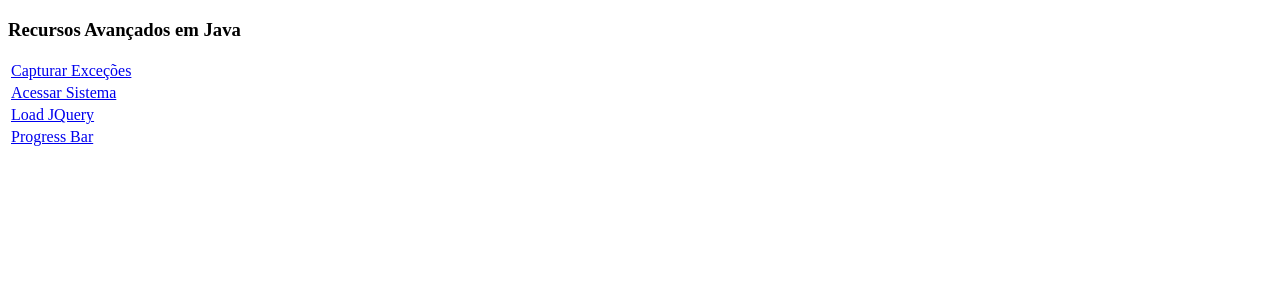
Repository: VictorGOrellana/RecursosJava
Page: http://localhost/curso.edu/
An editor plug-in stored every save of this project. The page is shown before and after the next save, followed by the edit.
The browser window is 1280 px wide. The pictures show the whole page.
The page is served by Tomcat 9. Nobody is signed in. The application's start-up code is not run. Other server files are loaded and not shown.

Above is the page before, as saved 2019-07-25 19:20:51.

### curso.edu/WebContent/index.jsp
<%@ page language="java" contentType="text/html; charset=ISO-8859-1"
	pageEncoding="ISO-8859-1"%>
<!DOCTYPE html>
<html>
<head>

<meta charset="ISO-8859-1">
<title>Recursos Avançados Em Java</title>


</head>
<body>

	<h3>Recursos Avançados em Java</h3>

	<table>
		<tr>
			<td><a href="pages/capturarExcecoes.jsp">Capturar
					Exceções</a></td>
		</tr>
		<tr>
			<td><a href="pages/acessoAoSistema.jsp">Acessar
					Sistema</a></td>
		</tr>

		<tr>
			<td><a href="pages/paginaPai.jsp">Load JQuery</a></td>
		</tr>

		<tr>
			<td><a href="pages/progressBar.jsp">Progress Bar</a></td>
		</tr>
	</table>

</body>
</html>

After the next save:
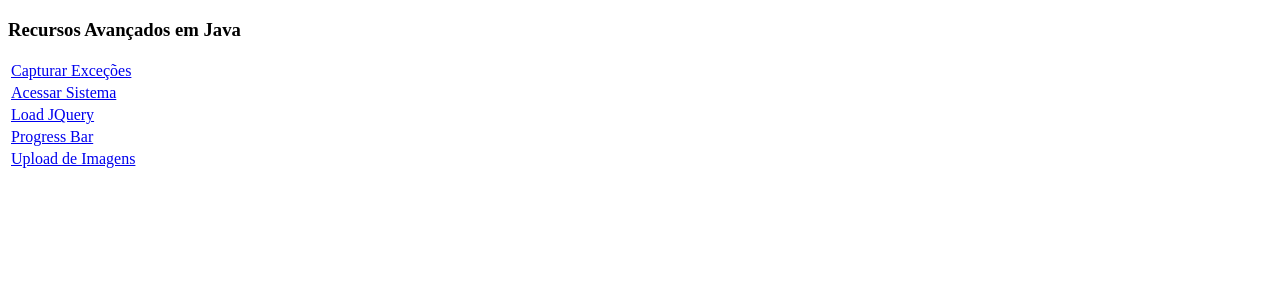
Saved 43 s later.
--- a/curso.edu/WebContent/index.jsp
+++ b/curso.edu/WebContent/index.jsp
@@ -30,6 +30,10 @@
 		<tr>
 			<td><a href="pages/progressBar.jsp">Progress Bar</a></td>
 		</tr>
+
+		<tr>
+			<td><a href="pages/uploads.jsp">Upload de Imagens</a></td>
+		</tr>
 	</table>
 
 </body>
